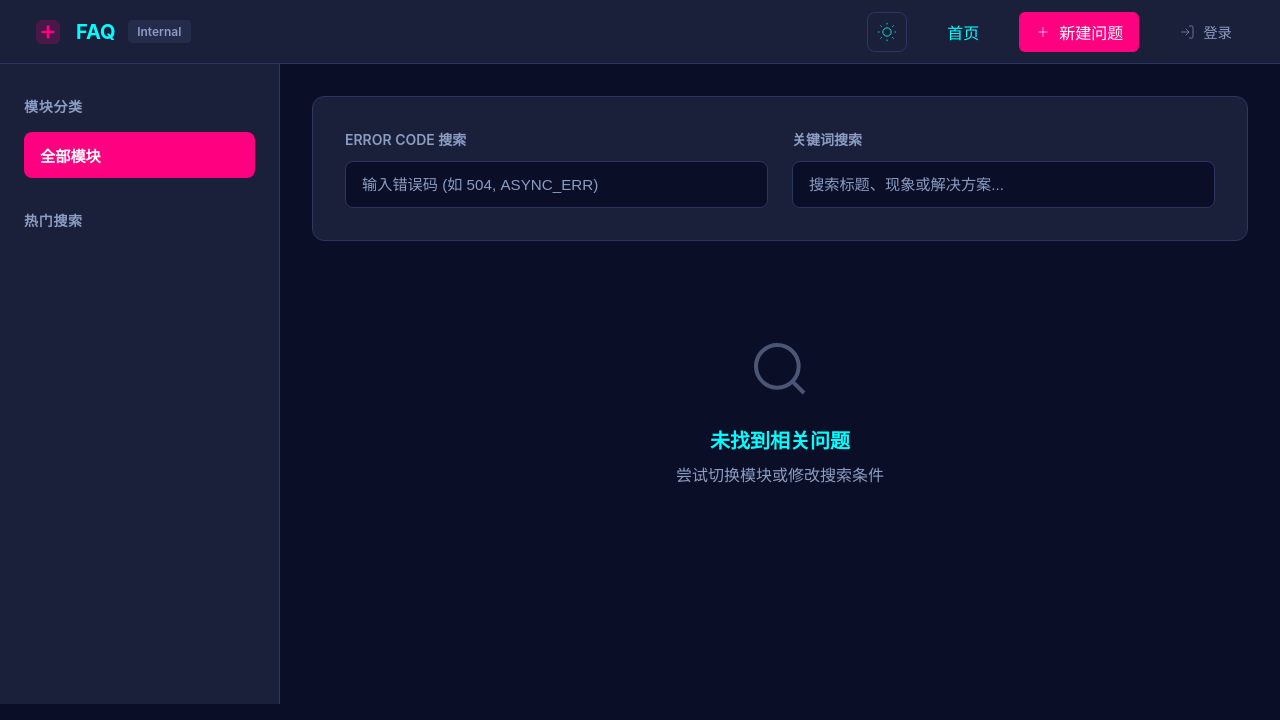
Repository: pomelo-ccc/monorepo_qa
Page: / (app in packages/client/)
The author's editor kept a copy of each file at every save. The page is drawn from the files as they stood at one save, then again after the next save.
The browser window is 1280 px wide. The pictures show the whole page.
The page's requests for data from a server got no answer. The project was rebuilt for these pictures with package versions that can differ from the ones it lists, and the page was loaded fresh each time. No one was signed in, and anything a server would have sent is missing. Also part of the build but not shown: packages/client/angular.json, packages/client/src/app/faq-edit/faq-edit.component.ts, packages/client/src/app/models/config.ts, packages/client/src/app/faq-detail/faq-detail.component.ts, packages/client/src/app/login/login.component.ts, packages/client/src/app/admin/admin.component.ts, packages/client/src/app/admin/config-management/config-management.component.ts, packages/client/src/app/services/config.service.ts.

Above is the page before, as saved 2025-11-24 13:41:04.

### packages/client/src/index.html
<!doctype html>
<html lang="en">
  <head>
    <meta charset="utf-8" />
    <title>Client</title>
    <base href="/" />
    <meta name="viewport" content="width=device-width, initial-scale=1" />
    <link rel="icon" type="image/x-icon" href="favicon.ico" />
  </head>
  <body>
    <app-root></app-root>
  </body>
</html>

### packages/client/src/styles.scss
/* CSS Variables - will be overridden by ThemeService */
:root {
  --color-primary: #667eea;
  --color-primaryLight: #7c8ff5;
  --color-background: #0f172a;
  --color-surface: #1e293b;
  --color-surfaceHover: #334155;
  --color-text: #f1f5f9;
  --color-textSecondary: #94a3b8;
  --color-border: #334155;
  --color-accent: #3b82f6;
}

* {
  box-sizing: border-box;
}

body {
  margin: 0;
  font-family: -apple-system, BlinkMacSystemFont, 'Segoe UI', 'PingFang SC', 'Hiragino Sans GB',
    'Microsoft YaHei', 'Helvetica Neue', Helvetica, Arial, sans-serif;
  -webkit-font-smoothing: antialiased;
  -moz-osx-font-smoothing: grayscale;
  background: var(--color-background);
  color: var(--color-text);
}

/* Scrollbar styling */
::-webkit-scrollbar {
  width: 8px;
  height: 8px;
}

::-webkit-scrollbar-track {
  background: var(--color-surface);
}

::-webkit-scrollbar-thumb {
  background: var(--color-border);
  border-radius: 4px;
}

::-webkit-scrollbar-thumb:hover {
  background: var(--color-textSecondary);
}

/* Selection */
::selection {
  background: var(--color-primary);
  color: white;
}

### packages/client/src/app/app.component.ts
import { Component } from '@angular/core';
import { CommonModule } from '@angular/common';
import { Router, RouterModule, RouterOutlet } from '@angular/router';
import { ThemeService } from './services/theme.service';
import { AuthService } from './services/auth.service';

@Component({
  selector: 'app-root',
  standalone: true,
  imports: [CommonModule, RouterOutlet, RouterModule],
  template: `
    <div class="app">
      <header class="app-header">
        <div class="header-left">
          <div class="logo">
            <svg width="32" height="32" viewBox="0 0 24 24" fill="none">
              <rect x="3" y="3" width="18" height="18" rx="4" fill="currentColor" opacity="0.2" />
              <path
                d="M12 8v8M8 12h8"
                stroke="currentColor"
                stroke-width="2"
                stroke-linecap="round"
              />
            </svg>
            <span class="logo-text">FAQ</span>
            <span class="logo-badge">Internal</span>
          </div>
        </div>

        <div class="header-right">
          <!-- 主题切换 -->
          <div class="theme-selector">
            <button class="theme-toggle" (click)="toggleThemeMenu()">
              <svg width="20" height="20" viewBox="0 0 24 24" fill="none" stroke="currentColor">
                <circle cx="12" cy="12" r="5" />
                <line x1="12" y1="1" x2="12" y2="3" />
                <line x1="12" y1="21" x2="12" y2="23" />
                <line x1="4.22" y1="4.22" x2="5.64" y2="5.64" />
                <line x1="18.36" y1="18.36" x2="19.78" y2="19.78" />
                <line x1="1" y1="12" x2="3" y2="12" />
                <line x1="21" y1="12" x2="23" y2="12" />
                <line x1="4.22" y1="19.78" x2="5.64" y2="18.36" />
                <line x1="18.36" y1="5.64" x2="19.78" y2="4.22" />
              </svg>
            </button>

            @if (showThemeMenu) {
              <div class="theme-menu">
                @for (theme of themes; track theme.id) {
                  <button
                    class="theme-option"
                    [class.active]="currentTheme().id === theme.id"
                    (click)="selectTheme(theme)"
                  >
                    <span class="theme-color" [style.background]="theme.colors.primary"></span>
                    {{ theme.name }}
                  </button>
                }
              </div>
            }
          </div>

          <a routerLink="/" class="nav-link">首页</a>

          <a routerLink="/create" class="nav-link nav-link-primary">
            <svg width="16" height="16" viewBox="0 0 24 24" fill="none" stroke="currentColor">
              <line x1="12" y1="5" x2="12" y2="19" />
              <line x1="5" y1="12" x2="19" y2="12" />
            </svg>
            新建问题
          </a>

          @if (authService.isAdmin()) {
            <a routerLink="/admin" class="nav-link">
              <svg width="16" height="16" viewBox="0 0 24 24" fill="none" stroke="currentColor">
                <circle cx="12" cy="12" r="3" />
                <path
                  d="M12 1v6m0 6v6m5.2-13.2l-4.2 4.2m-2 2l-4.2 4.2M23 12h-6m-6 0H5m13.2 5.2l-4.2-4.2m-2-2l-4.2-4.2"
                />
              </svg>
              系统配置
            </a>
          }

          @if (authService.isLoggedIn()) {
            <div class="user-menu">
              <span class="username">{{ authService.getCurrentUser()()?.username }}</span>
              @if (authService.isAdmin()) {
                <span class="role-badge">管理员</span>
              }
              <button class="logout-btn" (click)="logout()">
                <svg width="16" height="16" viewBox="0 0 24 24" fill="none" stroke="currentColor">
                  <path d="M9 21H5a2 2 0 0 1-2-2V5a2 2 0 0 1 2-2h4" />
                  <polyline points="16 17 21 12 16 7" />
                  <line x1="21" y1="12" x2="9" y2="12" />
                </svg>
                登出
              </button>
            </div>
          } @else {
            <a
              routerLink="/login"
              class="nav-link"
              style="color: var(--color-textSecondary); font-size: 0.9rem;"
            >
              <svg width="16" height="16" viewBox="0 0 24 24" fill="none" stroke="currentColor">
                <path d="M15 3h4a2 2 0 0 1 2 2v14a2 2 0 0 1-2 2h-4" />
                <polyline points="10 17 15 12 10 7" />
                <line x1="15" y1="12" x2="3" y2="12" />
              </svg>
              登录
            </a>
          }
        </div>
      </header>

      <main class="app-main">
        <router-outlet></router-outlet>
      </main>
    </div>
  `,
  styles: [
    `
      :host {
        display: block;
        min-height: 100vh;
        background: var(--color-background);
      }

      .app {
        min-height: 100vh;
        display: flex;
        flex-direction: column;
      }

      .app-header {
        height: 64px;
        background: var(--color-surface);
        border-bottom: 1px solid var(--color-border);
        display: flex;
        align-items: center;
        justify-content: space-between;
        padding: 0 2rem;
        position: sticky;
        top: 0;
        z-index: 100;
      }

      .header-left {
        display: flex;
        align-items: center;
        gap: 2rem;
      }

      .logo {
        display: flex;
        align-items: center;
        gap: 0.75rem;
        color: var(--color-primary);
      }

      .logo svg {
        flex-shrink: 0;
      }

      .logo-text {
        font-size: 1.25rem;
        font-weight: 700;
        color: var(--color-text);
      }

      .logo-badge {
        padding: 0.25rem 0.6rem;
        background: var(--color-surfaceHover);
        border-radius: 4px;
        font-size: 0.75rem;
        color: var(--color-textSecondary);
        font-weight: 600;
      }

      .header-right {
        display: flex;
        align-items: center;
        gap: 1.5rem;
      }

      .theme-selector {
        position: relative;
      }

      .theme-toggle {
        width: 40px;
        height: 40px;
        display: flex;
        align-items: center;
        justify-content: center;
        background: transparent;
        border: 1px solid var(--color-border);
        border-radius: 8px;
        color: var(--color-text);
        cursor: pointer;
        transition: all 0.2s;
      }

      .theme-toggle:hover {
        background: var(--color-surfaceHover);
        border-color: var(--color-primary);
      }

      .theme-menu {
        position: absolute;
        top: calc(100% + 0.5rem);
        right: 0;
        background: var(--color-surface);
        border: 1px solid var(--color-border);
        border-radius: 8px;
        padding: 0.5rem;
        min-width: 180px;
        box-shadow: 0 8px 24px rgba(0, 0, 0, 0.3);
        z-index: 1000;
      }

      .theme-option {
        width: 100%;
        display: flex;
        align-items: center;
        gap: 0.75rem;
        padding: 0.75rem 1rem;
        background: transparent;
        border: none;
        border-radius: 6px;
        color: var(--color-text);
        text-align: left;
        cursor: pointer;
        transition: all 0.2s;
        font-size: 0.95rem;
      }

      .theme-option:hover {
        background: var(--color-surfaceHover);
      }

      .theme-option.active {
        background: var(--color-primary);
        color: white;
      }

      .theme-color {
        width: 20px;
        height: 20px;
        border-radius: 4px;
        flex-shrink: 0;
      }

      .nav-link {
        padding: 0.5rem 1rem;
        color: var(--color-text);
        text-decoration: none;
        border-radius: 6px;
        transition: all 0.2s;
        font-weight: 500;
        display: flex;
        align-items: center;
        gap: 0.5rem;
      }

      .nav-link:hover {
        background: var(--color-surfaceHover);
      }

      .nav-link-primary {
        background: var(--color-primary);
        color: white;
      }

      .nav-link-primary:hover {
        background: var(--color-primaryLight);
      }

      .user-menu {
        display: flex;
        align-items: center;
        gap: 0.75rem;
        padding: 0.5rem 1rem;
        background: var(--color-surfaceHover);
        border-radius: 8px;
      }

      .username {
        color: var(--color-text);
        font-weight: 600;
        font-size: 0.95rem;
      }

      .role-badge {
        padding: 0.25rem 0.6rem;
        background: var(--color-primary);
        color: white;
        border-radius: 4px;
        font-size: 0.75rem;
        font-weight: 600;
      }

      .logout-btn {
        display: flex;
        align-items: center;
        gap: 0.5rem;
        padding: 0.4rem 0.8rem;
        background: transparent;
        border: 1px solid var(--color-border);
        border-radius: 6px;
        color: var(--color-text);
        cursor: pointer;
        transition: all 0.2s;
        font-size: 0.9rem;
      }

      .logout-btn:hover {
        background: #dc3545;
        border-color: #dc3545;
        color: white;
      }

      .app-main {
        flex: 1;
      }
    `,
  ],
})
export class AppComponent {
  showThemeMenu = false;
  themes: any[];
  currentTheme: any;

  constructor(
    public themeService: ThemeService,
    public authService: AuthService,
    private router: Router,
  ) {
    this.themes = this.themeService.getThemes();
    this.currentTheme = this.themeService.getCurrentTheme();

    // Close theme menu when clicking outside
    document.addEventListener('click', (e) => {
      const target = e.target as HTMLElement;
      if (!target.closest('.theme-selector')) {
        this.showThemeMenu = false;
      }
    });
  }

  toggleThemeMenu() {
    this.showThemeMenu = !this.showThemeMenu;
  }

  selectTheme(theme: any) {
    this.themeService.setTheme(theme);
    this.showThemeMenu = false;
  }

  logout() {
    this.authService.logout();
    this.router.navigate(['/login']);
  }
}

### packages/client/src/app/app.routes.ts
import {
  Routes,
  CanActivateFn,
  RouterStateSnapshot,
  ActivatedRouteSnapshot,
} from '@angular/router';
import { inject } from '@angular/core';
import { Router } from '@angular/router';
import { FaqListComponent } from './faq-list/faq-list.component';
import { FaqEditComponent } from './faq-edit/faq-edit.component';
import { FaqDetailComponent } from './faq-detail/faq-detail.component';
import { LoginComponent } from './login/login.component';
import { AdminComponent } from './admin/admin.component';
import { ConfigManagementComponent } from './admin/config-management/config-management.component';
import { AuthService } from './services/auth.service';

// Admin guard function
const adminGuard: CanActivateFn = (route: ActivatedRouteSnapshot, state: RouterStateSnapshot) => {
  const authService = inject(AuthService);
  const router = inject(Router);

  if (authService.isAdmin()) {
    return true;
  }

  // Redirect to login with returnUrl
  router.navigate(['/login'], { queryParams: { returnUrl: state.url } });
  return false;
};

export const routes: Routes = [
  { path: 'login', component: LoginComponent },
  { path: '', component: FaqListComponent },
  { path: 'detail/:id', component: FaqDetailComponent },
  { path: 'create', component: FaqEditComponent, canActivate: [adminGuard] },
  { path: 'edit/:id', component: FaqEditComponent, canActivate: [adminGuard] },
  { path: 'admin', component: AdminComponent, canActivate: [adminGuard] },
  { path: 'admin/config', component: ConfigManagementComponent, canActivate: [adminGuard] },
  { path: '**', redirectTo: '' },
];

### packages/client/src/app/services/theme.service.ts
import { Injectable, signal } from '@angular/core';

export interface Theme {
    id: string;
    name: string;
    colors: {
        primary: string;
        primaryLight: string;
        background: string;
        surface: string;
        surfaceHover: string;
        text: string;
        textSecondary: string;
        border: string;
        accent: string;
        glass?: string; // For glassmorphism
    };
}

export const THEMES: Theme[] = [
    {
        id: 'cyberpunk',
        name: '赛博朋克黑',
        colors: {
            primary: '#ff0080',
            primaryLight: '#ff3399',
            background: '#0a0e27',
            surface: '#1a1f3a',
            surfaceHover: '#252b4a',
            text: '#00ffff',
            textSecondary: '#8b9dc3',
            border: '#2d3561',
            accent: '#00ff41',
            glass: 'rgba(26, 31, 58, 0.7)'
        }
    },
    {
        id: 'elegant',
        name: '优雅蓝白',
        colors: {
            primary: '#2563eb',
            primaryLight: '#3b82f6',
            background: '#f8fafc',
            surface: '#ffffff',
            surfaceHover: '#f1f5f9',
            text: '#0f172a',
            textSecondary: '#64748b',
            border: '#e2e8f0',
            accent: '#0ea5e9',
            glass: 'rgba(255, 255, 255, 0.8)'
        }
    },
    {
        id: 'glass',
        name: '拟态玻璃',
        colors: {
            primary: '#a78bfa',
            primaryLight: '#c4b5fd',
            background: 'linear-gradient(135deg, #667eea 0%, #764ba2 100%)',
            surface: 'rgba(255, 255, 255, 0.1)',
            surfaceHover: 'rgba(255, 255, 255, 0.15)',
            text: '#ffffff',
            textSecondary: '#e0e7ff',
            border: 'rgba(255, 255, 255, 0.2)',
            accent: '#fbbf24',
            glass: 'rgba(255, 255, 255, 0.1)'
        }
    },
    {
        id: 'sunset',
        name: '暖色渐变',
        colors: {
            primary: '#f59e0b',
            primaryLight: '#fbbf24',
            background: 'linear-gradient(135deg, #667eea 0%, #f093fb 50%, #f5576c 100%)',
            surface: 'rgba(255, 255, 255, 0.15)',
            surfaceHover: 'rgba(255, 255, 255, 0.25)',
            text: '#ffffff',
            textSecondary: '#fce7f3',
            border: 'rgba(255, 255, 255, 0.3)',
            accent: '#ec4899',
            glass: 'rgba(255, 255, 255, 0.15)'
        }
    }
];

@Injectable({
    providedIn: 'root'
})
export class ThemeService {
    private currentTheme = signal<Theme>(THEMES[0]);

    constructor() {
        const savedThemeId = localStorage.getItem('theme');
        if (savedThemeId) {
            const theme = THEMES.find(t => t.id === savedThemeId);
            if (theme) {
                this.setTheme(theme);
            }
        } else {
            this.applyTheme(THEMES[0]);
        }
    }

    getCurrentTheme() {
        return this.currentTheme;
    }

    getThemes() {
        return THEMES;
    }

    setTheme(theme: Theme) {
        this.currentTheme.set(theme);
        this.applyTheme(theme);
        localStorage.setItem('theme', theme.id);
    }

    private applyTheme(theme: Theme) {
        const root = document.documentElement;
        Object.entries(theme.colors).forEach(([key, value]) => {
            root.style.setProperty(`--color-${key}`, value);
        });

        // Special handling for glass theme background
        if (theme.id === 'glass') {
            root.style.setProperty('--bg-gradient', theme.colors.background);
        } else {
            root.style.setProperty('--bg-gradient', 'none');
        }
    }
}

### packages/client/src/app/services/auth.service.ts
import { Injectable, signal } from '@angular/core';

export interface User {
    username: string;
    role: 'admin' | 'user' | 'guest';
}

@Injectable({
    providedIn: 'root'
})
export class AuthService {
    private currentUser = signal<User | null>(null);

    constructor() {
        // Load user from localStorage
        const savedUser = localStorage.getItem('currentUser');
        if (savedUser) {
            this.currentUser.set(JSON.parse(savedUser));
        }
    }

    getCurrentUser() {
        return this.currentUser;
    }

    isAdmin(): boolean {
        return this.currentUser()?.role === 'admin';
    }

    isLoggedIn(): boolean {
        return this.currentUser() !== null;
    }

    login(username: string, password: string): boolean {
        // Simple mock authentication
        // In production, this should call a real API
        if (username === 'admin' && password === 'admin123') {
            const user: User = { username: 'admin', role: 'admin' };
            this.currentUser.set(user);
            localStorage.setItem('currentUser', JSON.stringify(user));
            return true;
        } else if (username === 'user' && password === 'user123') {
            const user: User = { username: 'user', role: 'user' };
            this.currentUser.set(user);
            localStorage.setItem('currentUser', JSON.stringify(user));
            return true;
        }
        return false;
    }

    logout() {
        this.currentUser.set(null);
        localStorage.removeItem('currentUser');
    }
}

### packages/client/src/app/faq.service.ts
import { Injectable } from '@angular/core';
import { HttpClient } from '@angular/common/http';
import { Observable } from 'rxjs';
import { FaqItem } from './models/faq.model';

@Injectable({
    providedIn: 'root'
})
export class FaqService {
    private apiUrl = 'http://localhost:3000/api/faqs';

    constructor(private http: HttpClient) { }

    getFaqs(): Observable<FaqItem[]> {
        return this.http.get<FaqItem[]>(this.apiUrl);
    }

    getFaq(id: string): Observable<FaqItem> {
        return this.http.get<FaqItem>(`${this.apiUrl}/${id}`);
    }

    createFaq(faq: Partial<FaqItem>): Observable<FaqItem> {
        return this.http.post<FaqItem>(this.apiUrl, faq);
    }

    updateFaq(id: string, faq: Partial<FaqItem>): Observable<FaqItem> {
        return this.http.put<FaqItem>(`${this.apiUrl}/${id}`, faq);
    }

    deleteFaq(id: string): Observable<void> {
        return this.http.delete<void>(`${this.apiUrl}/${id}`);
    }
}

Loaded but not shown: packages/client/src/main.ts (common file); packages/client/src/app/app.config.ts (common file); packages/client/src/app/faq-list/faq-list.component.ts (510 lines, source omitted)

After the next save:
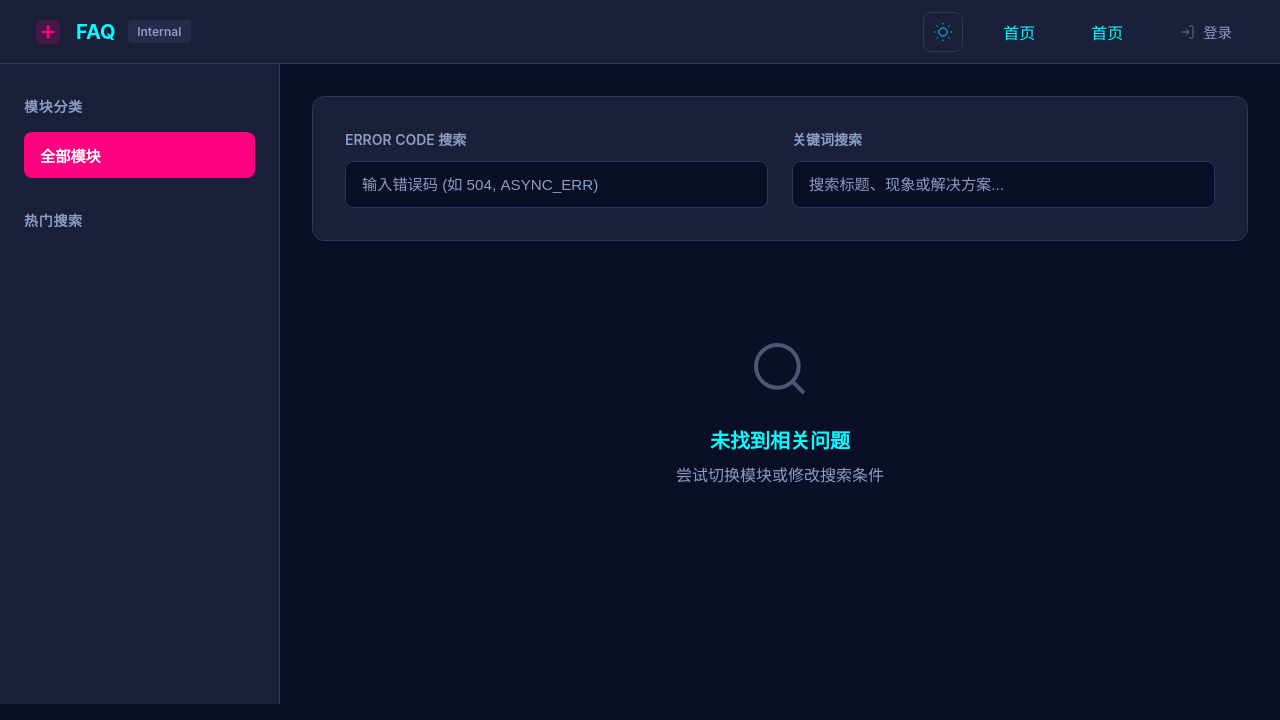
Saved 93 s later.
--- a/packages/client/src/app/app.component.ts
+++ b/packages/client/src/app/app.component.ts
@@ -62,13 +62,7 @@ import { AuthService } from './services/auth.service';
 
           <a routerLink="/" class="nav-link">首页</a>
 
-          <a routerLink="/create" class="nav-link nav-link-primary">
-            <svg width="16" height="16" viewBox="0 0 24 24" fill="none" stroke="currentColor">
-              <line x1="12" y1="5" x2="12" y2="19" />
-              <line x1="5" y1="12" x2="19" y2="12" />
-            </svg>
-            新建问题
-          </a>
+          <a routerLink="/" class="nav-link">首页</a>
 
           @if (authService.isAdmin()) {
             <a routerLink="/admin" class="nav-link">
@@ -79,6 +73,13 @@ import { AuthService } from './services/auth.service';
                 />
               </svg>
               系统配置
+            </a>
+            <a routerLink="/create" class="nav-link nav-link-primary">
+              <svg width="16" height="16" viewBox="0 0 24 24" fill="none" stroke="currentColor">
+                <line x1="12" y1="5" x2="12" y2="19" />
+                <line x1="5" y1="12" x2="19" y2="12" />
+              </svg>
+              新建问题
             </a>
           }
 
